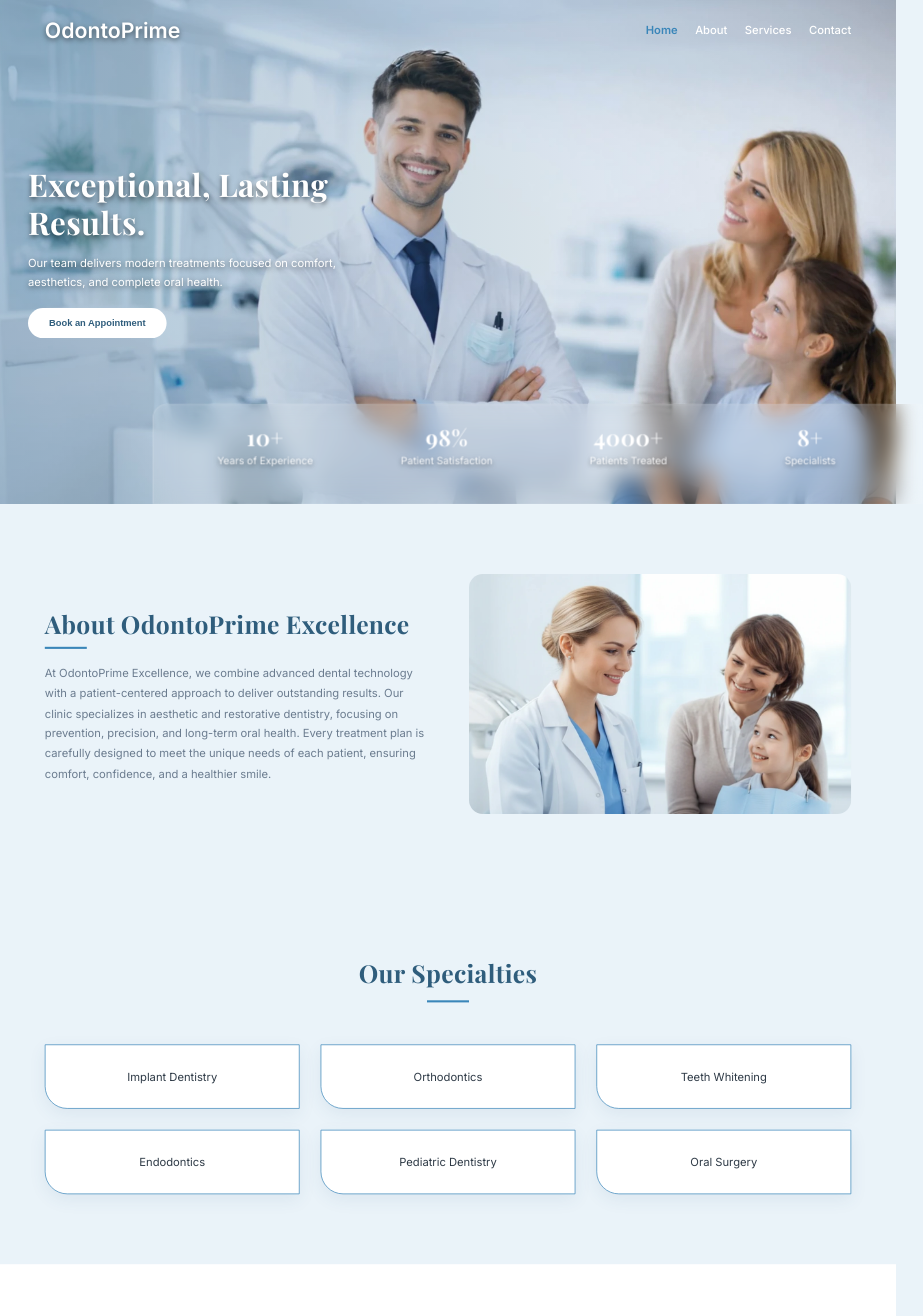
Repository: davidfsillva/OdontoPrime
Page: index.html
The author's editor kept a copy of each file at every save. The page is drawn from the files as they stood at one save, then again after the next save.
The browser window is 1280 px wide. The page is 1318 px wide, so the pictures cover 1318 px, including what lies to the right of the window. The pictures show the part of the page from y = 0 to 1880 px (the page is 2646 px tall), at 70% of full size.

Above is the page before, as saved 2026-02-17 09:19:43.

### index.html
<!DOCTYPE html>
<html lang="en">
<head>
<meta charset="UTF-8">
<meta name="viewport" content="width=device-width, initial-scale=1.0">
<title>OdontoPrime Excellence</title>

<link rel="stylesheet" href="style.css">
<link href="https://fonts.googleapis.com/css2?family=Inter:wght@300;400;500;600&family=Playfair+Display:wght@600;700&display=swap" rel="stylesheet">
</head>


<body>

<header>
    <div class="container nav-container">
        <div class="logo">OdontoPrime</div>

        <nav id="nav">
            <a href="index.html" class="active">Home</a>
            <a href="about.html">About</a>
            <a href="services.html">Services</a>
            <a href="contact.html">Contact</a>
        </nav>

        <div class="menu-toggle" onclick="toggleMenu()">☰</div>
    </div>
</header>

<!-- HERO -->
<section class="hero">
    <div class="container hero-content">
        <div class="hero-text">
            <h1>
                Exceptional, Lasting Results.
            </h1>

            <p>
                Our team delivers modern treatments focused on comfort,
                aesthetics, and complete oral health.
            </p>

            <button class="btn">Book an Appointment</button>
        </div>
    </div>

    <!-- GLASS CARD STATS -->
    <div class="hero-stats">
        <div class="stat-item">
            <h2>10+</h2>
            <p>Years of Experience</p>
        </div>

        <div class="stat-item">
            <h2>98%</h2>
            <p>Patient Satisfaction</p>
        </div>

        <div class="stat-item">
            <h2>4000+</h2>
            <p>Patients Treated</p>
        </div>

        <div class="stat-item">
            <h2>8+</h2>
            <p>Specialists</p>
        </div>
    </div>
</section>

<!-- ABOUT PREVIEW -->
<section class="about-preview">
    <div class="container about-grid">
        <div class="about-text">
            <h2>About OdontoPrime Excellence</h2>
            <p>
                At OdontoPrime Excellence, we combine advanced dental technology with a patient-centered approach to deliver outstanding results.
                Our clinic specializes in aesthetic and restorative dentistry, focusing on prevention, precision, and long-term oral health.
                Every treatment plan is carefully designed to meet the unique needs of each patient, ensuring comfort, confidence, and a healthier smile.
            </p>
        </div>

        <div class="about-image">
            <img src="img/md.cl.webp" alt="Professional dentist">
        </div>
    </div>
</section>

<!-- SPECIALTIES -->
<section class="departments">
    <div class="container">
        <h2>Our Specialties</h2>

        <div class="dept-grid">
            <div class="card">Implant Dentistry</div>
            <div class="card">Orthodontics</div>
            <div class="card">Teeth Whitening</div>
            <div class="card">Endodontics</div>
            <div class="card">Pediatric Dentistry</div>
            <div class="card">Oral Surgery</div>
        </div>
    </div>
</section>

<!-- WHY CHOOSE US -->
<section class="why-us">
    <div class="container">
        <h2>Why Choose OdontoPrime?</h2>

        <div class="dept-grid">

            <div class="card why-card">
                <img src="img/tecn.png" alt="Modern dental technology">
                <div class="card-content">
                    <h3>Modern Technology</h3>
                    <p>Advanced equipment for precise and comfortable treatments.</p>
                </div>
            </div>

            <div class="card why-card">
                <img src="img/expd.png" alt="Experienced dentist">
                <div class="card-content">
                    <h3>Experienced Dentists</h3>
                    <p>Highly trained professionals dedicated to your smile.</p>
                </div>
            </div>

            <div class="card why-card">
                <img src="img/conft.png" alt="Patient comfort">
                <div class="card-content">
                    <h3>Comfort-Focused Care</h3>
                    <p>A relaxing environment designed entirely around patient well-being.</p>
                </div>
            </div>


        </div>
    </div>


        <div>
            <a href="services.html" class="btn-view">View All Services</a>
        </div>
    </div>

</section>

<footer>
    <p>© 2026 OdontoPrime - All Rights Reserved</p>
</footer>

<!-- BOTÃO VOLTAR AO TOPO -->
<a href="#" class="back-to-top" id="backToTop">↑</a>

<script src="script.js"></script>


</body>
</html>

### style.css
:root{

    --primary-blue: #2F5D7C;
    --secondary-blue: #4F7FA3;
    --accent-blue: #3A86B9;

    --bg-light: #EAF3F9;
    --white: #FFFFFF;
    --off-white: #E6EEF5;

    --text-dark: #2E3A46;
    --text-medium: #6B7C8F;

    --hero-gradient-start: rgba(47, 93, 124, 0.95);
    --hero-gradient-end: rgba(79, 127, 163, 0.85);

    --shadow-soft: 0 5px 20px rgba(47, 93, 124, 0.08);
}

*{
    margin:0;
    padding:0;
    box-sizing:border-box;
}

body{
    font-family:'Inter', sans-serif;
    background:var(--bg-light);
    color:var(--text-dark);
}

h1, h2, h3 {
    font-family: 'Playfair Display', serif;
    letter-spacing: 0.5px;
}


.container{
    width:90%;
    max-width:1200px;
    margin:auto;
}

/* HEADER */

nav{
    display:flex;
    align-items:center;
}

header{
    position:absolute;
    width:100%;
    padding:25px 0;
    z-index:1000;
    background:transparent;
}

.nav-container{
    display:flex;
    justify-content:space-between;
    align-items:center;
}

.logo{
    font-weight:700;
    font-size:1.9rem;
    color:var(--white);
    text-shadow: 0 3px 8px rgba(0, 0, 0, 0.5);
}

nav a{
    margin-left:25px;
    text-decoration:none;
    color:var(--white);
    font-weight:500;
    transition:0.3s;
}

nav a:hover{
    color:var(--accent-blue);
}

.menu-toggle{
    display:none;
    font-size:24px;
    cursor:pointer;
    color:var(--white);
}

nav a.active{
    color: var(--accent-blue);
    font-weight: 600;
    position: relative;
}

/* HERO */

.hero{
    min-height:100vh;
    display:flex;
    align-items:center;
    background:
    linear-gradient(to right,
    rgba(79, 127, 163, 0.438),
    rgba(58, 134, 185, 0.048)),
    url('img/hero.webp') center/cover no-repeat;
    color:var(--white);
    padding:0 0;
    position:relative;
}

.hero-content{
    width:100%;
}

.hero-text{
    max-width:600px;
}

.hero h1{
    font-size:2.8rem;
    margin-bottom:20px;
    font-weight:700;
    line-height:1.2;
    text-shadow: 0 3px 8px rgba(0, 0, 0, 0.5);
}

.hero p{
    margin-bottom:25px;
    max-width:500px;
    font-size:16px;
    line-height:1.6;
    color:var(--white);
    text-shadow: 0 3px 8px rgba(0, 0, 0, 0.5);
}

.hero-about{
    background: var(--primary-blue);
    min-height: 60vh;
}


/* HERO STATS */

.hero-stats{
    position:absolute;
    bottom:0px;
    left:60%;
    transform:translateX(-50%);
    width:90%;
    max-width:1100px;
    display:grid;
    grid-template-columns:repeat(auto-fit, minmax(180px,1fr));
    gap:20px;
    padding:25px 40px;
    background:rgba(255,255,255,0.15);
    backdrop-filter:blur(15px);
    -webkit-backdrop-filter:blur(15px);
    border-radius:20px 0px 0px 0px;
    border:1px solid rgba(255,255,255,0.2);
}

.stat-item{
    text-align:center;
    color:var(--white);
}

.stat-item h2{
    font-size:2rem;
    font-weight:700;
}

.stat-item p{
    font-size:0.9rem;
    opacity:0.9;
}

/* BUTTONS */

.btn{
    padding:14px 30px;
    background:var(--white);
    border:none;
    color:var(--primary-blue);
    font-weight:600;
    border-radius:30px;
    cursor:pointer;
    transition:0.3s;
}

.btn:hover{
    background:var(--accent-blue);
    color:var(--white);
    transform:translateY(-3px);
}

.btn-view {
    padding:14px 30px;
    background:var(--accent-blue);
    border:none;
    color:var(--white);
    font-weight:600;
    border-radius:30px;
    cursor:pointer;
    transition:0.3s;
    text-decoration: none;
    text-align: center;
    display: block;
    width: fit-content;
    margin:40px auto 0;
}

.btn-view:hover {
    transform: translateY(-5px);
    box-shadow: 0 15px 30px rgba(0,0,0,0.2);
}

/* ABOUT */
.about-image{
    position:relative;
    overflow:hidden;
}


.about-preview{
    padding:100px 0;
}

.about-grid{
    display:grid;
    grid-template-columns:1fr 1fr;
    gap:60px;
    align-items:center;
}

.about-text h2{
    font-size:2.2rem;
    color:var(--primary-blue);
    margin-bottom:20px;
    position:relative;
}

.about-text h2::after{
    content:"";
    width:60px;
    height:3px;
    background:var(--accent-blue);
    display:block;
    margin-top:10px;
}

.about-text p{
    font-size:16px;
    line-height:1.8;
    color:var(--text-medium);
}

.about-grid img:not(.lead-dentist){
    width:100%;
    border-radius:20px;
}

.lead-dentist {
    border-radius: 30px; /* cantos arredondados */
    width: 60%;
    height: auto;
    margin: 0 auto;
    box-shadow: 0 8px 20px rgba(0,0,0,0.2); /* opcional: sombra suave */
    display: flex;
    justify-content: center; /* centraliza horizontalmente */
    align-items: center;     /* centraliza verticalmente se tiver altura */
}

/* DEPARTMENTS */

.departments{
    padding:100px 0;
}

.departments h2{
    text-align:center;
    font-size:2.2rem;
    color:var(--primary-blue);
    margin-bottom:60px;
    position:relative;
}

.departments h2::after{
    content:"";
    width:60px;
    height:3px;
    background:var(--accent-blue);
    display:block;
    margin:15px auto 0;
}

.dept-grid{
    display:grid;
    grid-template-columns: repeat(auto-fit, minmax(280px, 1fr));
    gap:30px;
}


.card {
    background:var(--white);
    padding:35px 25px;
    text-align:center;
    border-radius:18px;
    box-shadow:0 8px 25px rgba(47,93,124,0.08);
    transition:0.3s ease;


    border-radius: 0 0 0 32px;
    border:1px solid #3A86B9;

}

.why-card{
    border: none;
}


.card:hover{
    transform:translateY(-6px);
    box-shadow:0 15px 35px rgba(47,93,124,0.15);
}

.card img{
    width:60px;
    margin-bottom:15px;
}

.card h3{
    font-size:18px;
    margin-bottom:12px;
    color:var(--primary-blue);
}

.card p{
    font-size:14px;
    line-height:1.6;
    color:var(--text-medium);
}

/* WHY SECTION FULL IMAGE CARDS */

.why-card {
    position: relative;
    overflow: hidden;
    padding: 0;
    height: 350px;
    border-radius: 20px;
}

.why-card img {
    width: 100%;
    height: 100%;
    object-fit: cover;
    display: block;
}

.why-card .card-content {
    position: absolute;
    bottom: 0;
    width: 100%;
    padding: 25px;
    background: linear-gradient(
        to top,
        rgba(0,0,0,0.75),
        rgba(0,0,0,0.2)
    );
    color: var(--white);
}

.why-card h3 {
    margin-bottom: 8px;
    color: var(--white);
}

.why-card p {
    color: rgba(255,255,255,0.9);
    font-size: 14px;
}


/* WHY US */

.why-us{
    padding:100px 0;
    background:var(--white);
}

.why-us h2{
    text-align:center;
    font-size:2.2rem;
    margin-bottom:60px;
    color:var(--primary-blue);
    position:relative;
}

.why-us h2::after{
    content:"";
    width:60px;
    height:3px;
    background:var(--accent-blue);
    display:block;
    margin:15px auto 0;
}

.contact-grid{
    display:grid;
    grid-template-columns:1fr 1fr;
    gap:60px;
    align-items:start;
}

/* BOTÃO VOLTAR AO TOPO */
.back-to-top {
    position: fixed;       /* fixa na tela */
    bottom: 30px;          /* distância do rodapé */
    right: 30px;           /* distância da borda direita */
    background: var(--accent-blue);
    color: var(--white);
    padding: 12px 18px;
    border-radius: 50px;   /* deixa arredondado */
    text-decoration: none;
    font-weight: 600;
    font-size: 12px;
    box-shadow: 0 8px 20px rgba(0,0,0,0.2);
    transition: 0.3s;
    opacity: 0;            /* inicialmente invisível */
    pointer-events: none;  /* não clicável até aparecer */
    z-index: 1000;
}

.back-to-top:hover {
    background: var(--off-white);
    transform: translateY(-3px);
    color: black;
}

/* quando visível */
.back-to-top.show {
    opacity: 1;
    pointer-events: auto;
}

/* CARDS ESPECÍFICOS DA PÁGINA ABOUT */
.departments.about-cards .card {
    border-radius: 20px;
    padding: 20px;
    box-shadow: 0 10px 25px rgba(47,93,124,0.1);
    transition: transform 0.3s ease, box-shadow 0.3s ease;
    text-align: center;
}

/* Hover */
.departments.about-cards .card:hover {
    transform: translateY(-5px);
    box-shadow: 0 15px 35px rgba(47,93,124,0.2);
}

/* Card titles and text */
.departments.about-cards .card h3 {
    font-size: 1.2rem;
    color: var(--primary-blue);
    margin: 15px 0 10px;
}

.departments.about-cards .card p {
    font-size: 0.95rem;
    line-height: 1.6;
    color: var(--text-medium);
}

/* Imagem maior e proporcional */
.departments.about-cards .card img {
    width: 70%;          /* ocupa toda a largura do card */
    height: 400px;        /* altura maior */
    object-fit: cover;    /* mantém proporção e recorta excesso */
    border-radius: 50px;  /* cantos arredondados */
    margin-bottom: 15px;  /* separação do texto */
}

/* SCROLL REVEAL */

.about-preview,
.departments,
.why-us,
.card {
    opacity: 0;
    transform: translateY(40px);
    transition: all 0.8s ease;
}

.reveal {
    opacity: 1 !important;
    transform: translateY(0) !important;
}


/* FOOTER */

footer{
    background:var(--primary-blue);
    color:var(--white);
    text-align:center;
    padding:30px;
    font-size:14px;
}

/* RESPONSIVE */

/* =========================
   RESPONSIVE
========================= */
@media (max-width: 768px) {

    /* NAVIGATION */
    nav {
        position: absolute;
        top: 80px;
        right: 0;
        background: var(--white);
        flex-direction: column;
        width: 200px;
        display: none;
        box-shadow: var(--shadow-soft);
    }

    nav a {
        padding: 15px;
        margin: 0;
        border-bottom: 1px solid var(--off-white);
        color: var(--text-dark);
    }

    nav.active {
        display: flex;
    }

    .menu-toggle {
        display: block;
    }

        /* HERO INTERNO (about, services, contact) */
    .hero-about,
    .hero-services,
    .hero-contact {
        min-height: 45vh;
        display: flex;
        align-items: center;
        justify-content: center;
        text-align: center;
        padding: 100px 20px 40px;
    }

    .hero-about h1,
    .hero-services h1,
    .hero-contact h1 {
        font-size: 1.6rem;
    }

    .hero-about p,
    .hero-services p,
    .hero-contact p {
        font-size: 0.95rem;
        max-width: 100%;
        margin: 0 auto;
    }

    /* ABOUT GRID */
    .about-grid {
        grid-template-columns: 1fr;
        gap: 30px;
        text-align: center;
    }

    .about-text h2 {
        font-size: 1.6rem;
    }

    /* DEPARTMENTS / SERVICES GRID */
    .dept-grid {
        grid-template-columns: 1fr;
        gap: 20px;
    }

    .card {
        padding: 25px 20px;
    }

    /* WHY SECTION */
    .why-us {
        padding: 70px 0;
    }

    .why-card {
        height: 280px;
    }

    /* CONTACT PAGE (caso tenha form grid) */
    .contact-grid {
        grid-template-columns: 1fr;
        gap: 30px;
    }

    .contact-form input,
    .contact-form textarea {
        width: 100%;
    }

    .hero {
        flex-direction: column;
        justify-content: center;
        align-items: center;
        text-align: center;
        padding: 20px 20px 0;
        background:
            linear-gradient(to top,
            rgba(47, 93, 124, 0.048),
            rgba(47, 93, 124, 0.2)),
            url('img/hero-mobile.webp') center/cover no-repeat;
    }



    .hero h1 {
        font-size: 1.8rem;
    }

    .hero p {
        max-width: 100%;
    }

    .hero-stats {
        left: 50%;
        transform: translateX(-50%);
        width: 95%;
        max-width: 100%;
        border-radius: 20px 20px 0 0;
        padding: 8px 10px 8px;
        gap: 1px;
        grid-template-columns: repeat(2, 1fr);
    }

    .stat-item h2 {
        font-size: 1.7rem;
    }

    .stat-item p {
        font-size: 0.75rem;
    }



}

### script.js
// =========================
// MOBILE MENU
// =========================
function toggleMenu() {
    document.getElementById("nav").classList.toggle("active");
}

// =========================
// BACK TO TOP
// =========================
const backToTopButton = document.getElementById('backToTop');

window.addEventListener('scroll', () => {
    if (window.scrollY > 300) {
        backToTopButton.classList.add('show');
    } else {
        backToTopButton.classList.remove('show');
    }
});

backToTopButton.addEventListener('click', (e) => {
    e.preventDefault();
    window.scrollTo({ top: 0, behavior: 'smooth' });
});

// =========================
// SCROLL REVEAL EFFECT
// =========================

const revealElements = document.querySelectorAll(
    '.about-preview, .departments, .why-us, .card, .hero-text'
);

const revealOnScroll = () => {
    const windowHeight = window.innerHeight;

    revealElements.forEach((el) => {
        const elementTop = el.getBoundingClientRect().top;

        if (elementTop < windowHeight - 80) {
            el.classList.add('reveal');
        }
    });
};

window.addEventListener('scroll', revealOnScroll);
window.addEventListener('load', revealOnScroll);

// =========================
// HERO FADE ON LOAD
// =========================
window.addEventListener('load', () => {
    const hero = document.querySelector('.hero-text');
    if (hero) {
        hero.style.opacity = 0;
        hero.style.transform = 'translateY(20px)';
        setTimeout(() => {
            hero.style.transition = 'all 0.8s ease';
            hero.style.opacity = 1;
            hero.style.transform = 'translateY(0)';
        }, 200);
    }
});

After the next save:
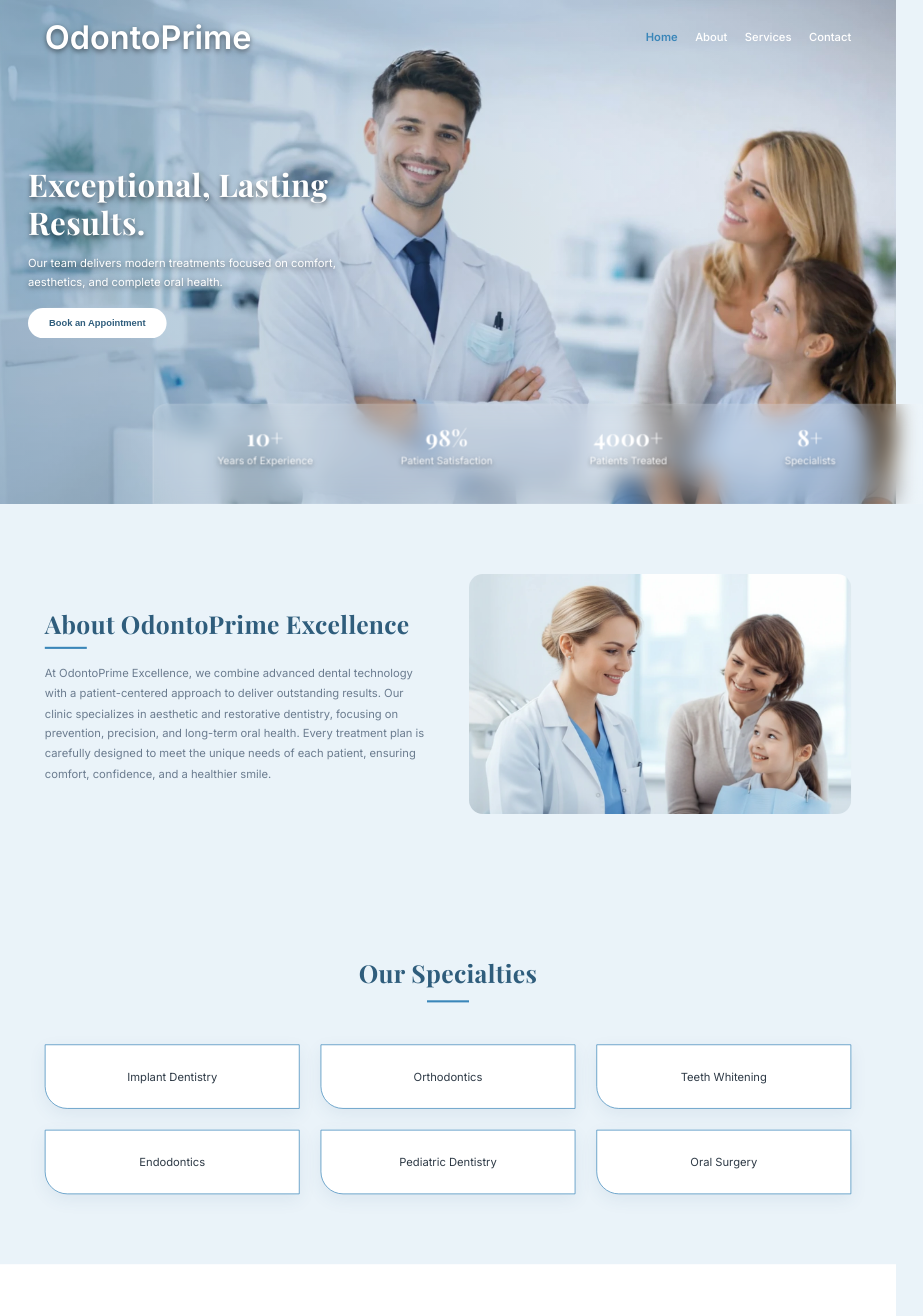
Saved 7 s later.
--- a/style.css
+++ b/style.css
@@ -64,7 +64,7 @@ header{
 
 .logo{
     font-weight:700;
-    font-size:1.9rem;
+    font-size:2.9rem;
     color:var(--white);
     text-shadow: 0 3px 8px rgba(0, 0, 0, 0.5);
 }
